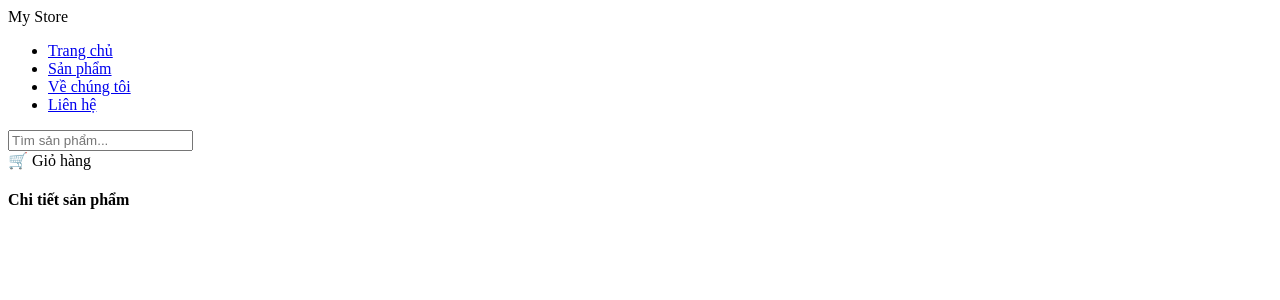
Repository: binhphanbp/WEB2064_JavaScript-Advanced_WD20305
Page: lesson/lesson7/Lab2.1/detail.html
These files come from the project's save history. The page is drawn as it stood at one moment and after the next save; the edit follows.
The browser window is 1280 px wide. The pictures show the whole page.

Above is the page before, as saved 2025-10-01 12:43:49.

After the next save:
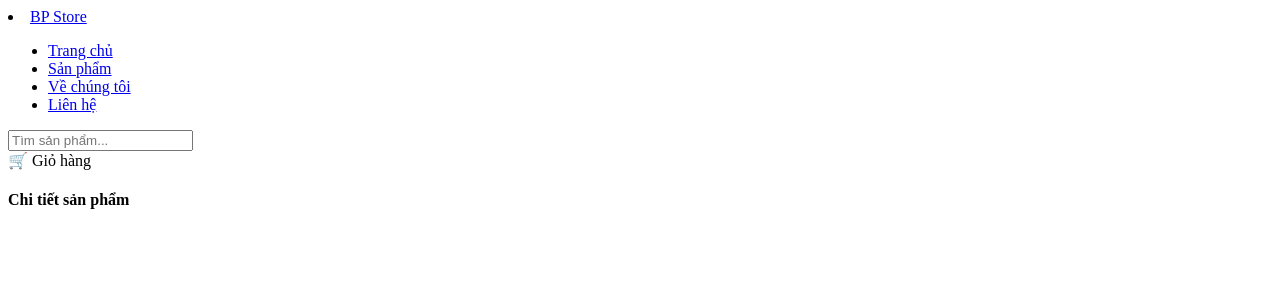
Saved 59 s later.
--- a/lesson/lesson7/Lab2.1/detail.html
+++ b/lesson/lesson7/Lab2.1/detail.html
@@ -6,9 +6,10 @@
     <title>Document</title>
   </head>
   <body>
+    <!-- Header -->
     <header>
       <div class="container">
-        <div class="logo">My Store</div>
+        <li class="logo"><a href="index.html">BP Store</a></li>
         <nav>
           <ul>
             <li><a href="index.html">Trang chủ</a></li>
